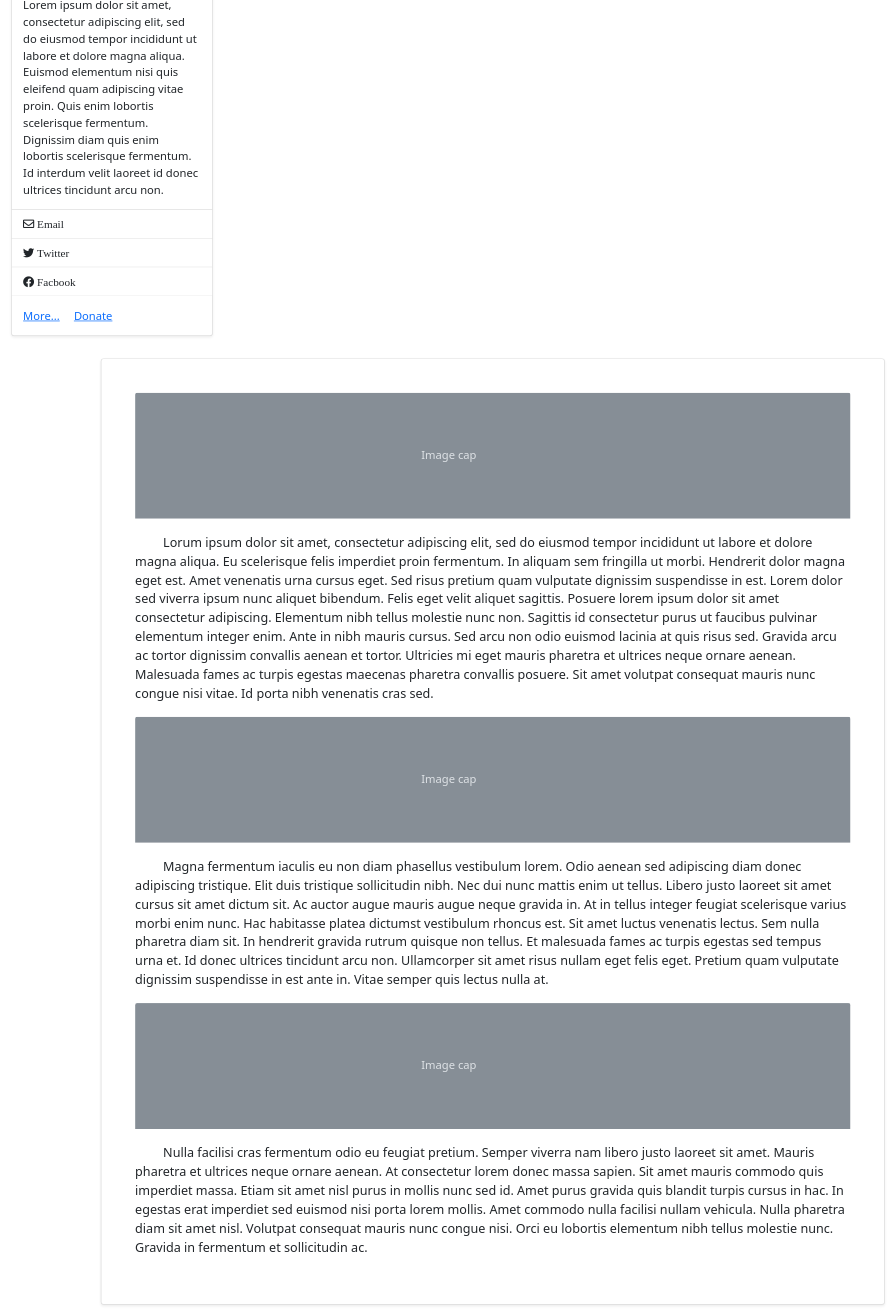
Repository: LublubXT/Azi-Tec-Team
Page: views/templates/blogs/personalblog/home.html
These files come from the project's save history. The page is drawn as it stood at one moment and after the next save; the edit follows.
The browser window is 1280 px wide. The pictures show the part of the page from y = 970 to 2890 px (the page is 2850 px tall before and 2890 px after), at 70% of full size.

Above is the page before, as saved 2021-03-11 09:26:59.

After the next save:
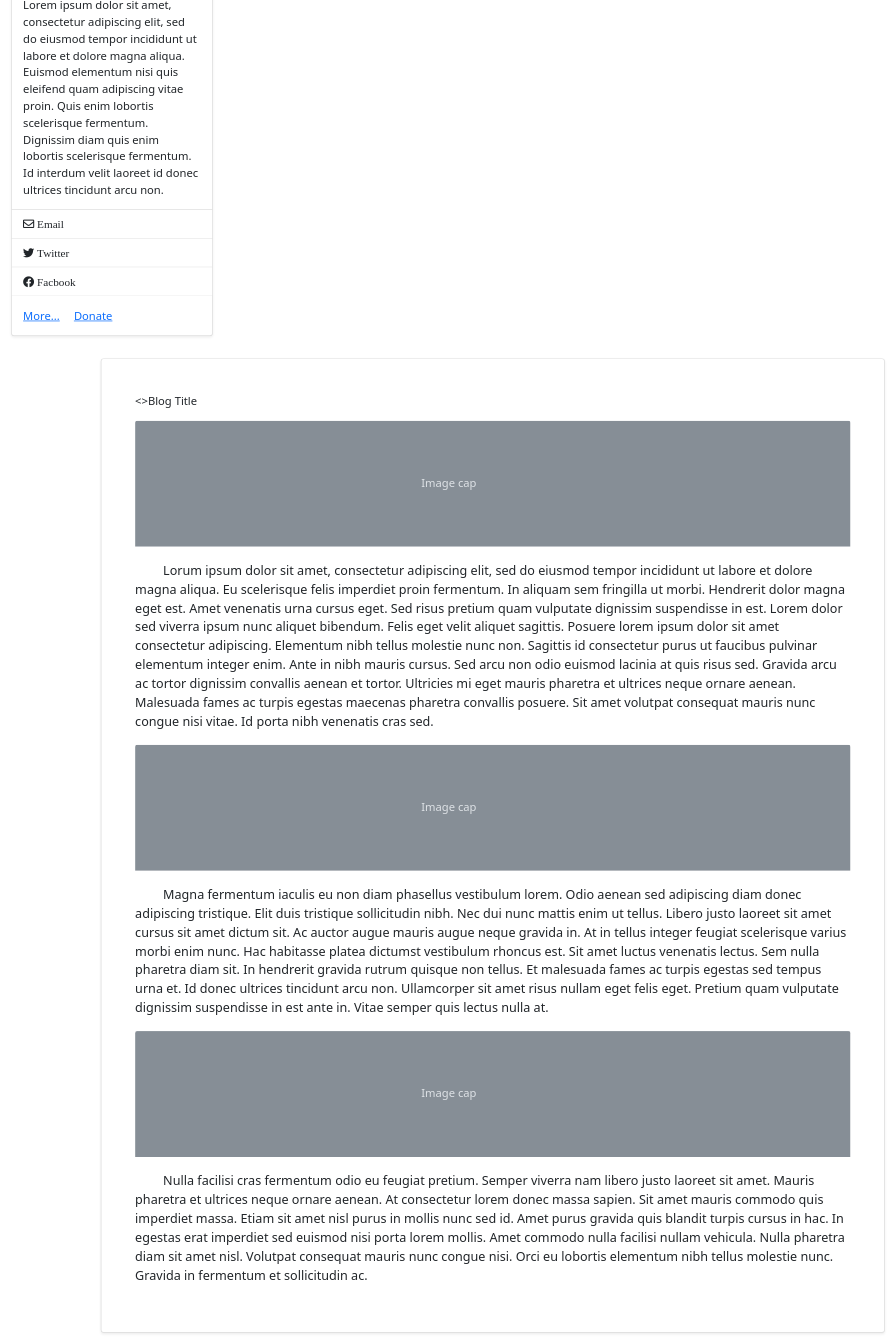
Saved 22 s later.
--- a/views/templates/blogs/personalblog/home.html
+++ b/views/templates/blogs/personalblog/home.html
@@ -70,6 +70,7 @@
                 </div>
             </div>
             <div class="card mx-3 my-3 float-end shadow-sm p-5" style="width: 70rem; height: auto;">
+                <>Blog Title</p>
                 <svg class="bd-placeholder-img card-img-top" width="100%" height="180"
                     xmlns="http://www.w3.org/2000/svg" role="img" aria-label="Placeholder: Image cap"
                     preserveAspectRatio="xMidYMid slice" focusable="true">
